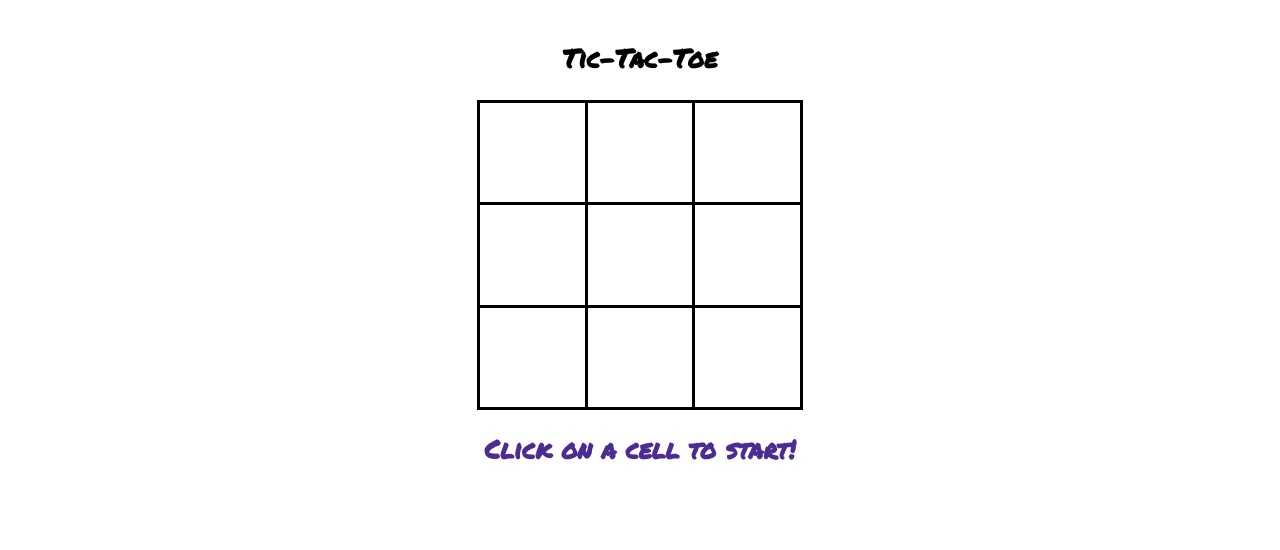
Repository: dev-academy-foundations-records/records-script
Page: Tiaanz/tic-tac-toe/main/index.html
The author's editor kept a copy of each file at every save. The page is drawn from the files as they stood at one save, then again after a run of saves.
The browser window is 1280 px wide. The pictures show the whole page.

Above is the page before, as saved 2023-02-06 15:46:41.

### Tiaanz/tic-tac-toe/main/index.html
<html>
    <head>
        <link rel="preconnect" href="https://fonts.googleapis.com">
        <link rel="preconnect" href="https://fonts.gstatic.com" crossorigin>
        <link href="https://fonts.googleapis.com/css2?family=Permanent+Marker&display=swap" rel="stylesheet">
        <link rel="stylesheet" href="main.css">
        <title>Tic-Tac-Toe</title>
    </head>

    <body>
        <h1>Tic-Tac-Toe</h1>
        <br>
        <table>
            <tr>
                <td></td>
                <td></td>
                <td></td>
            </tr>
            <tr>
                <td></td>
                <td></td>
                <td></td>
            </tr>
            <tr>
                <td></td>
                <td></td>
                <td></td>
            </tr>
        </table>
        <h2 id="subtitle">Click on a cell to start!</h2>
        <script src="game.js"></script>
    </body>
</html>

### Tiaanz/tic-tac-toe/main/main.css
/* Game board and text not responsive yet*/

body {
  background-color:white;
  font-family: 'Permanent Marker', cursive;
  text-align: center;
  margin-top: 40px;
  }

table {
    margin-right: center;
    margin-left: center;
    margin: 0 auto;
    border-spacing: 0;
    border-collapse: collapse;
  }


h1 {
    text-align: center;
    margin-top: 0;
    margin-bottom: 0;
    font-size: 2vw;
    color: black;
  }

td {
    width: 8vw;
    height: 8vw;
    text-align: center;
    font-size: 300%;
    border: black solid 3px;
    color: black;
  }

h2 {
  text-align: center;
  font-size: 2vw;
  color: #4c2c92;
}

### Tiaanz/tic-tac-toe/main/game.js
console.log("Welcome to Tic-Tac-Toe! Enjoy!");

let noughtsTurn = true;
let gameIsOver=false;
let gameIsDraw=false;

//get the array of all the cells
const cells = document.querySelectorAll("td");

//get the h2 element with the id of subtitle
const subtitle = document.querySelector("#subtitle");

/*binding the onclick method to each cell and display "X" or
"O" by turns*/
for (let i = 0; i < cells.length; i++) {

  cells[i].addEventListener("click", (e) => {
    if (noughtsTurn && !gameIsDraw && !gameIsOver) {
      cells[i].innerHTML = "O";
      checkForWin("O");
      if (gameIsOver) {
          subtitle.innerHTML = "O won the game";
          subtitle.style.color="blue"
      } else if(gameIsDraw) {
        subtitle.innerHTML = "It is a draw";
      } else {
        noughtsTurn = false;
        subtitle.innerHTML = "It's now X's turn";
      }
    } else if(!noughtsTurn && !gameIsDraw && !gameIsOver) {
      cells[i].innerHTML = "X";
      checkForWin("X");
      if (gameIsOver) {
          subtitle.innerHTML = "X won the game";
          subtitle.style.color="red"
      } else if(gameIsDraw) {
          subtitle.innerHTML = "It is a draw";
          subtitle.style.color="green"
      } else {
        noughtsTurn = true;
        subtitle.innerHTML = "It's now O's turn";
      }
    }
  });
}

// declare a function to check who win the game
function checkForWin(symbol) {
  if (
    cells[0].innerHTML === symbol &&
    cells[1].innerHTML === symbol &&
    cells[2].innerHTML === symbol
  ) {
    gameIsOver = true;
  } else if (
    cells[3].innerHTML === symbol &&
    cells[4].innerHTML === symbol &&
    cells[5].innerHTML === symbol
  ) {
    gameIsOver = true;
  } else if (
    cells[6].innerHTML === symbol &&
    cells[7].innerHTML === symbol &&
    cells[8].innerHTML === symbol
  ) {
    gameIsOver = true;
  } else if (
    cells[0].innerHTML === symbol &&
    cells[3].innerHTML === symbol &&
    cells[6].innerHTML === symbol
  ) {
    gameIsOver = true;
  } else if (
    cells[1].innerHTML === symbol &&
    cells[4].innerHTML === symbol &&
    cells[7].innerHTML === symbol
  ) {
    gameIsOver = true;
  } else if (
    cells[2].innerHTML === symbol &&
    cells[5].innerHTML === symbol &&
    cells[8].innerHTML === symbol
  ) {
    gameIsOver = true;
  } else if (
    cells[0].innerHTML === symbol &&
    cells[4].innerHTML === symbol &&
    cells[8].innerHTML === symbol
  ) {
    gameIsOver = true;
  } else if (
    cells[2].innerHTML === symbol &&
    cells[4].innerHTML === symbol &&
    cells[6].innerHTML === symbol
  ) {
    gameIsOver = true;
  } else if (
    cells[0].innerHTML !== "" &&
    cells[1].innerHTML !== "" &&
    cells[2].innerHTML !== "" &&
    cells[3].innerHTML !== "" &&
    cells[4].innerHTML !== "" &&
    cells[5].innerHTML !== "" &&
    cells[6].innerHTML !== "" &&
    cells[7].innerHTML !== "" &&
    cells[8].innerHTML !== ""
  ) {
    gameIsDraw = true;
  }
}

After the next 2 saves:
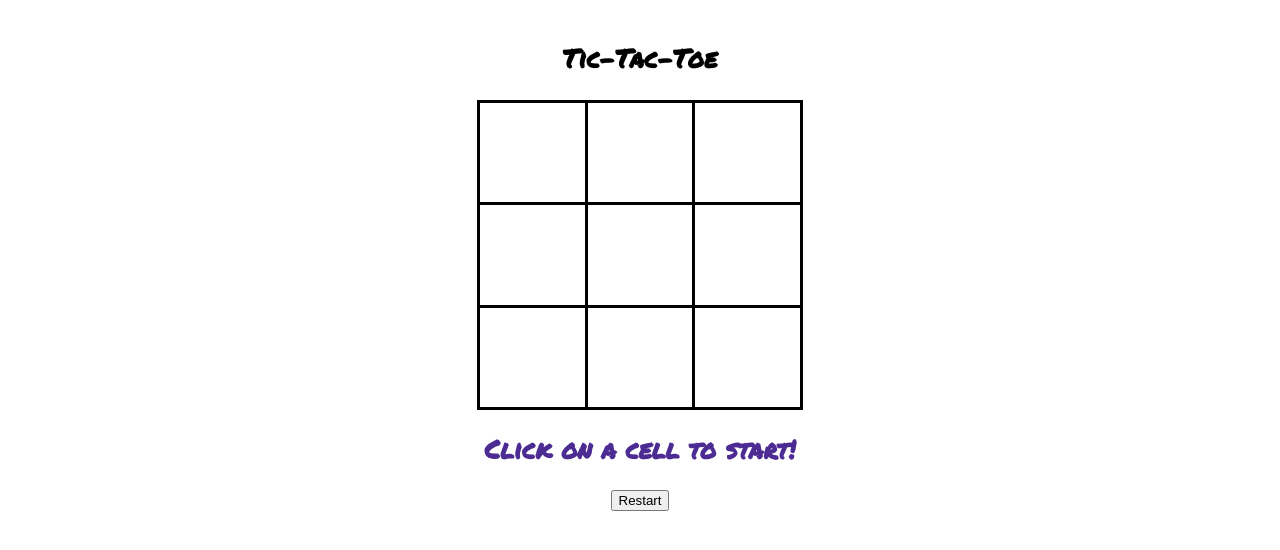
The 2 saves are shown as one change because they came seconds apart.
The last was saved 3 min 13 s later.
--- a/Tiaanz/tic-tac-toe/main/index.html
+++ b/Tiaanz/tic-tac-toe/main/index.html
@@ -28,6 +28,7 @@
             </tr>
         </table>
         <h2 id="subtitle">Click on a cell to start!</h2>
+        <button>Restart</button>
         <script src="game.js"></script>
     </body>
 </html>
